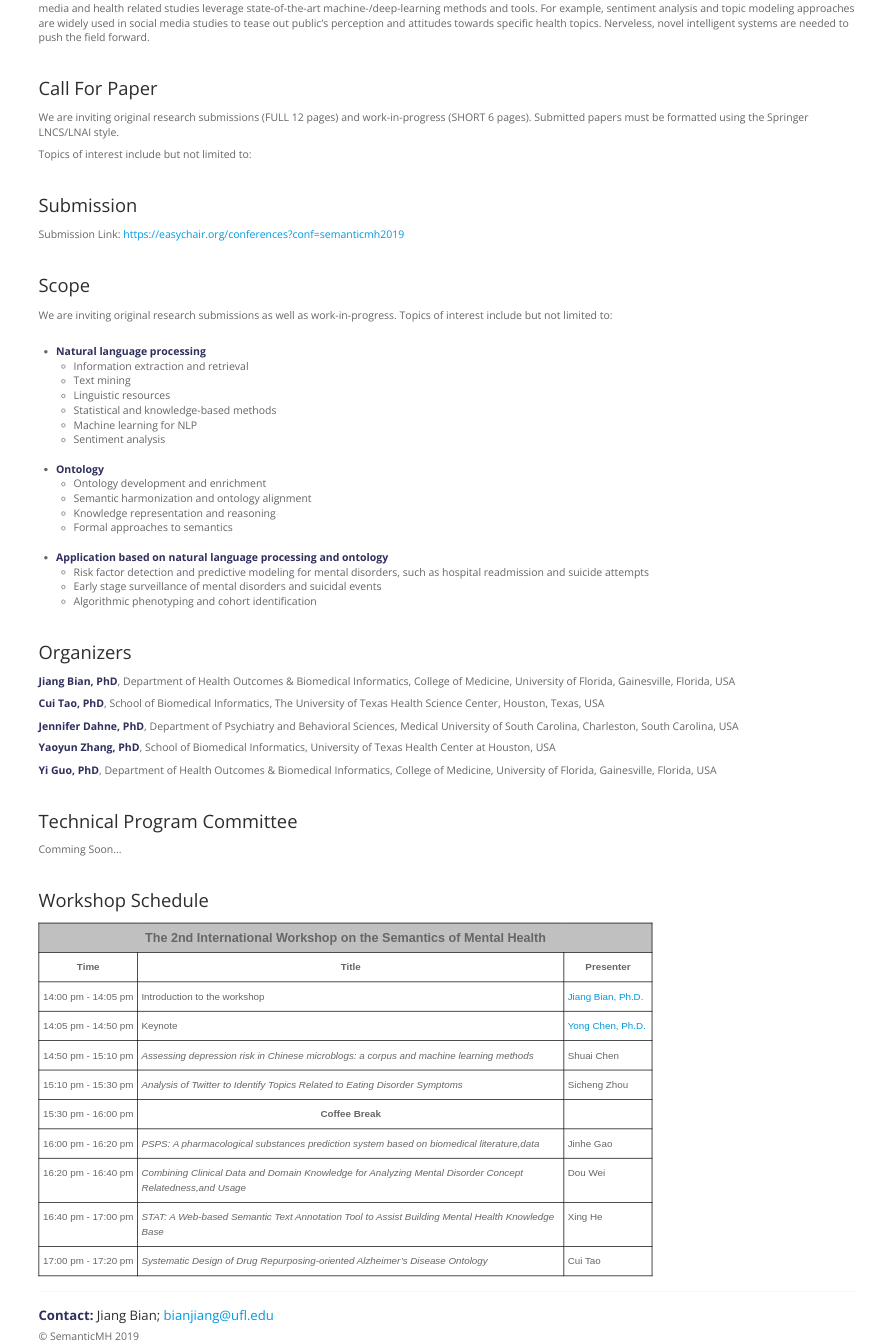
Repository: bianjiang/semantics-powered.org
Page: ISSWHR-2020/index.html
An editor plug-in stored every save of this project. The page is shown before and after the next save, followed by the edit.
The browser window is 1280 px wide. The pictures show the part of the page from y = 663 to 2583 px (the page is 2633 px tall before and 2664 px after), at 70% of full size.
Some web libraries are served in a nearby version.

Above is the page before, as saved 2019-10-26 16:56:04.
Console error (its wording comes from the project's code and is left out).

After the next save:
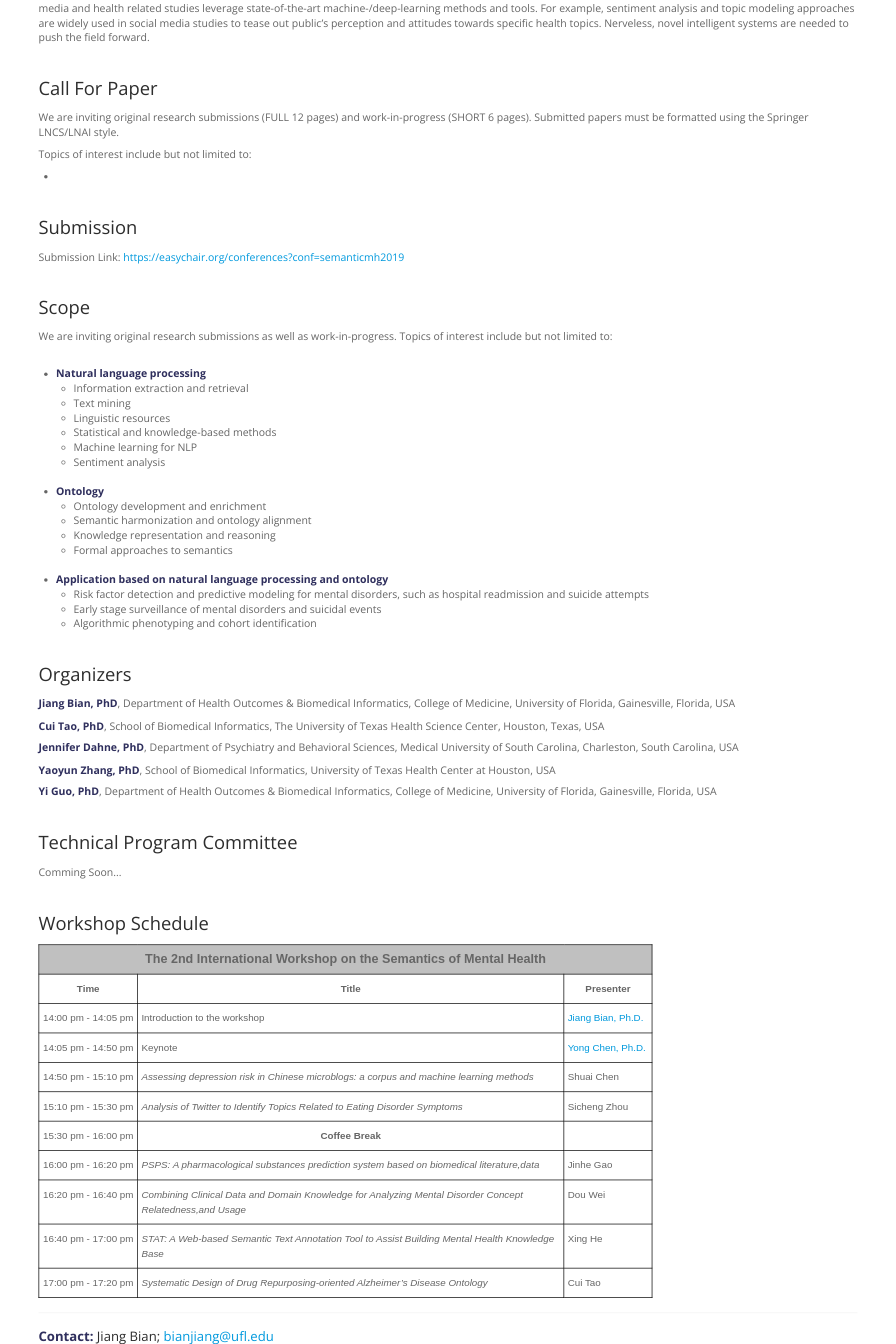
Saved 4 s later.
--- a/ISSWHR-2020/index.html
+++ b/ISSWHR-2020/index.html
@@ -145,7 +145,9 @@
           <h3>Call For Paper</h3>
           <p>We are inviting original research submissions (FULL 12 pages) and work-in-progress (SHORT 6 pages).  Submitted papers must be formatted using the Springer LNCS/LNAI style.</p>
           <p>Topics of interest include but not limited to:</p>
-          <ul></ul>
+          <ul>
+            <li></li>
+          </ul>
         </div>
       </div>
     </section>
